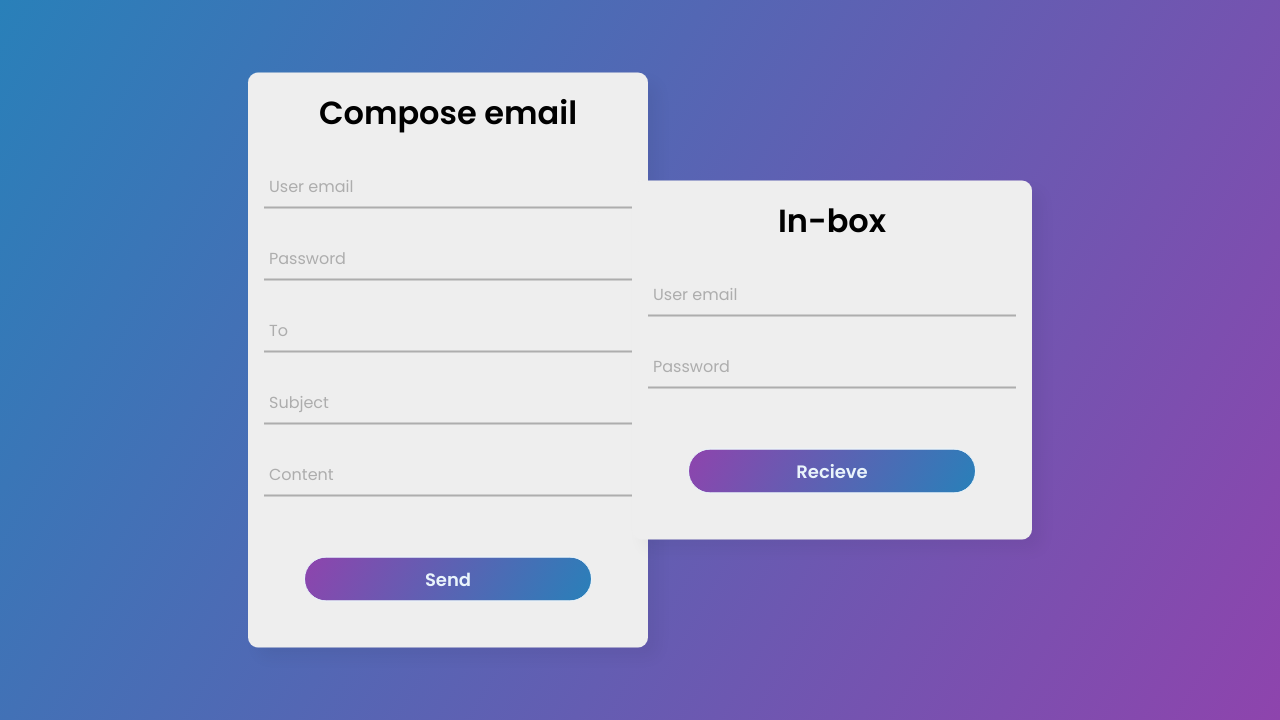
Repository: 20PW01-Abishek/Mail-EZ-in-JAVA
Page: Java package/javapackage/src/main/webapp/index.html
An editor plug-in stored every save of this project. The page is shown before and after the next save, followed by the edit.
The browser window is 1280 px wide. The pictures show the whole page.

Above is the page before, as saved 2022-11-06 06:39:07.

### Java package/javapackage/src/main/webapp/index.html
<!DOCTYPE html>
<html>
<head>
<meta charset="ISO-8859-1">
<link rel="stylesheet" href="style1.css">
<title>email-compose</title>
</head>
<body>
	<div class="parent">
	<div class="center1">
      <h1>Compose email</h1>
      <form action="compose" method="post" id="send">
        <div class="txt_field">
          <input type="text" name="from_email" required>
          <span></span>
          <label>User email</label>
        </div>
        <div class="txt_field">
          <input type="password" name="from_password" required>
          <span></span>
          <label>Password</label>
        </div>
        <div class="txt_field">
          <input type="text" name="to_email" required>
          <span></span>
          <label>To</label>
        </div>
        <div class="txt_field">
          <input type="text" name="subject" required>
          <span></span>
          <label>Subject</label>
        </div>
        <div class="txt_field">
          <input type="text" name="content" required>
          <span></span>
          <label>Content</label>
        </div>
        <input type="submit" value="Send">
      </form>
	</div>
	<div class="center2">
		<h1>In-box</h1>
      	<form action="recieve" method="post" id="recieve">
        	<div class="txt_field">
          		<input type="text" name="from_email" required>
          		<span></span>
          		<label>User email</label>
        	</div>
        	<div class="txt_field">
	          <input type="password" name="from_password" required>
	          <span></span>
	          <label>Password</label>
        	</div>
      		<input type="submit" value="Recieve">
      </form>
    </div>
    </div>
</body>
</html>

### Java package/javapackage/src/main/webapp/style1.css
@import url('https://fonts.googleapis.com/css2?family=Noto+Sans:wght@700&family=Poppins:wght@400;500;600&display=swap');
*{
  margin: 0;
  padding: 0;
  box-sizing: border-box;
  font-family: "Poppins", sans-serif;
}
body{
  margin: 0;
  padding: 0;
  background: linear-gradient(120deg,#2980b9, #8e44ad);
  height: 100vh;
  overflow: hidden;
}

.parent{
	text-align: center;
}

.center1{
  padding: 1rem 1rem;
  vertical-align: middle;
  position: absolute;
  top: 50%;
  left: 35%;
  transform: translate(-50%, -50%);
  width: 400px;
  background: #eee;
  border-radius: 10px;
  box-shadow: 10px 10px 15px rgba(0,0,0,0.05);
}

.center2{
  padding: 1rem 1rem;
  vertical-align: middle;
  position: absolute;
  top: 50%;
  left: 65%;
  transform: translate(-50%, -50%);
  width: 400px;
  background: #eee;
  border-radius: 10px;
  box-shadow: 10px 10px 15px rgba(0,0,0,0.05);
}

.center h1{
  text-align: center;
  padding: 20px 0;
  border-bottom: 1px solid silver;
}
.center form{
  padding: 0 40px;
  box-sizing: border-box;
}
form .txt_field{
  position: relative;
  border-bottom: 2px solid #adadad;
  margin: 30px 0;
}
.txt_field input{
  width: 100%;
  padding: 0 5px;
  height: 40px;
  font-size: 16px;
  border: none;
  background: none;
  outline: none;
}
.txt_field label{
  position: absolute;
  top: 50%;
  left: 5px;
  color: #adadad;
  transform: translateY(-50%);
  font-size: 16px;
  pointer-events: none;
  transition: .5s;
}
.txt_field span::before{
  content: '';
  position: absolute;
  top: 40px;
  left: 0;
  width: 0%;
  height: 2px;
  background: #2691d9;
  transition: .5s;
}
.txt_field input:focus ~ label,
.txt_field input:valid ~ label{
  top: -5px;
  color: #2691d9;
}
.txt_field input:focus ~ span::before,
.txt_field input:valid ~ span::before{
  width: 100%;
}

input[type="submit"]{
  width: 78%;
  height: 45px;
  border: 1px solid;
  background: linear-gradient(120deg,#8e44ad, #2980b9);
  border-radius: 25px;
  font-size: 18px;
  color: #e9f4fb;
  font-weight: 700;
  cursor: pointer;
  outline: none;
  margin: 30px;
}
input[type="submit"]:hover{
  border-width: medium;
  border-color: #2980b9;
  transition: 1s;
}

After the next save:
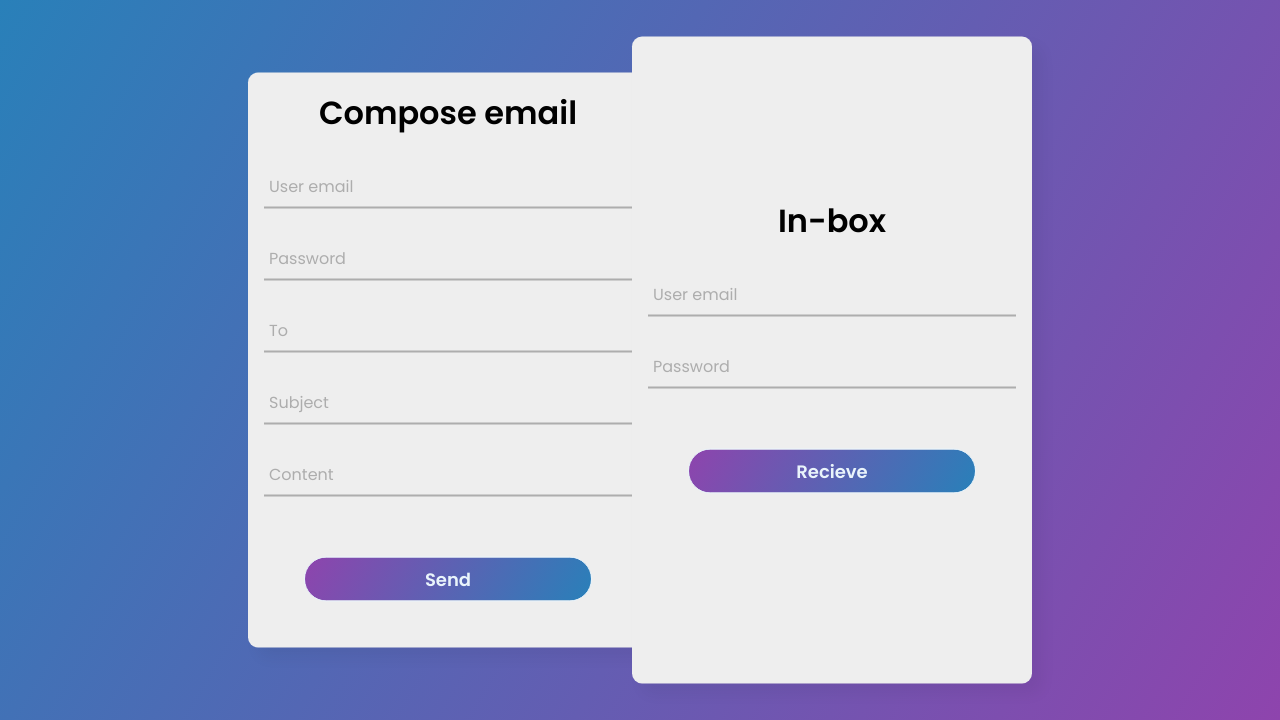
Saved 20 s later.
--- a/Java package/javapackage/src/main/webapp/style1.css
+++ b/Java package/javapackage/src/main/webapp/style1.css
@@ -31,7 +31,7 @@
 }
 
 .center2{
-  padding: 1rem 1rem;
+  padding: 10rem 1rem;
   vertical-align: middle;
   position: absolute;
   top: 50%;

After the save that followed:
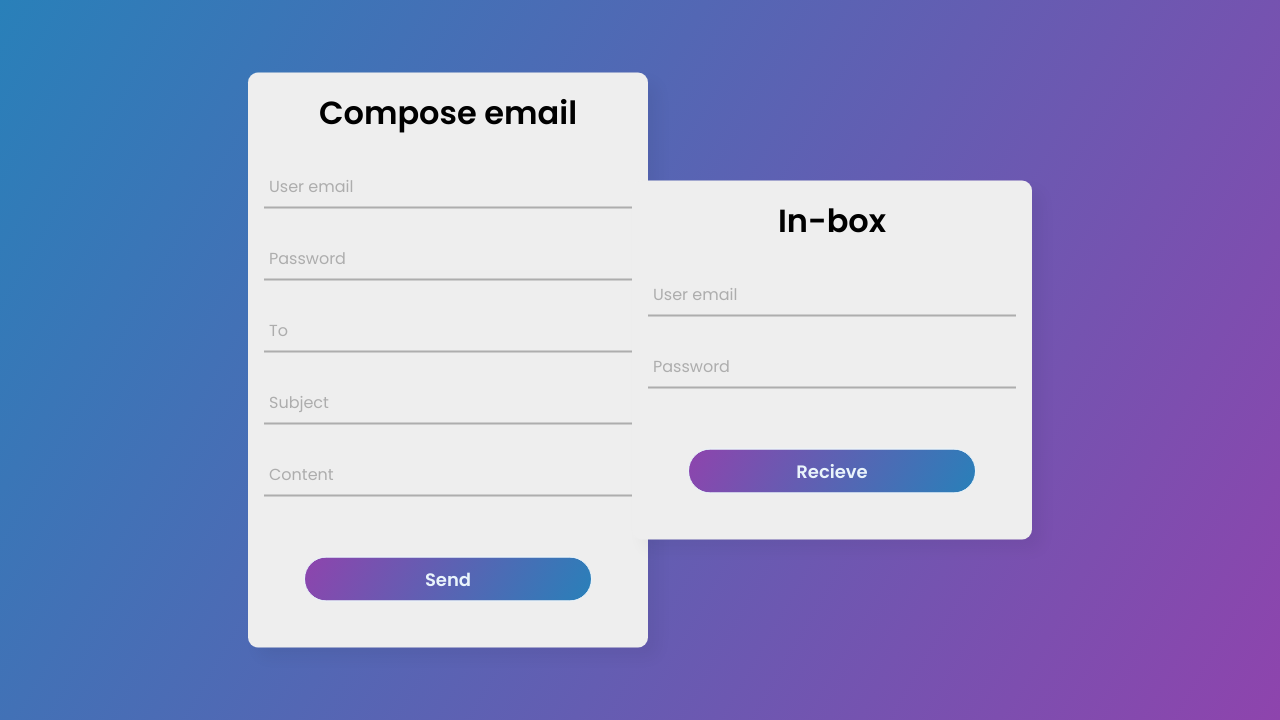
Saved 4 s later.
--- a/Java package/javapackage/src/main/webapp/style1.css
+++ b/Java package/javapackage/src/main/webapp/style1.css
@@ -31,7 +31,7 @@
 }
 
 .center2{
-  padding: 10rem 1rem;
+  padding: 1rem 1rem;
   vertical-align: middle;
   position: absolute;
   top: 50%;
